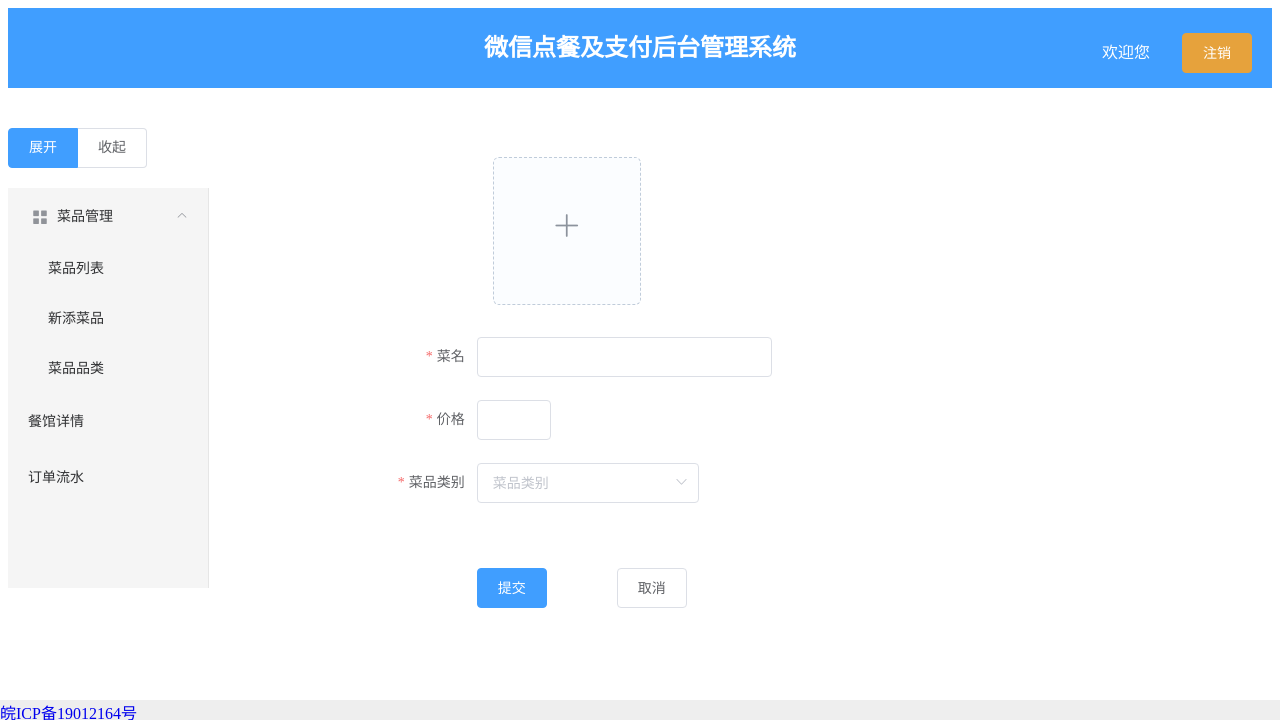
Repository: align-shi/order-web
Page: /pointpayment/hotelTable
The author's editor kept a copy of each file at every save. The page is drawn from the files as they stood at one save, then again after the next save.
The browser window is 1280 px wide. The pictures show the whole page.
The page's requests for data from a server got no answer. The project was rebuilt for these pictures with package versions that can differ from the ones it lists, and the page was loaded fresh each time. No one was signed in, and anything a server would have sent is missing. Also part of the build but not shown: src/pages/login.vue.

Above is the page before, as saved 2020-03-11 10:27:08.

### index.html
<!DOCTYPE html>
<html>
  <head>
    <meta charset="utf-8">
    <meta name="viewport" content="width=device-width,initial-scale=1.0">
    <title>pointpayment_ele</title>
  </head>
  <body>
    <div id="app"></div>
    <!-- built files will be auto injected -->
  </body>
  <div style="position: fixed;left: 0px;bottom: 0px;width: 100%;height:20px;background-color: #eee;">
    <a href="http://www.beian.miit.gov.cn" target="_blank" style="margin:0 auto">皖ICP备19012164号</a>
  </div>
</html>

### src/App.vue
<template>
  <div id="app">
    <transition name="fade" mode="out-in">
			<router-view></router-view>
		</transition>
  </div>
</template>

<script>
export default {
  name: 'App'
}
</script>

<style>
  .header{
    background-color: #409EFF;
    color: white;
    text-align: center;
  }
</style>

### src/pages/main.vue
<template>
    <div>
        <el-container>
            <el-header class="header" height="80px">
                <headers></headers>
            </el-header>
            <el-main>
                <!-- <span v-if="!user" class="loginFont">
                        <el-button type="success"  @click="login">点击登录</el-button>
                </span>   -->
                <div class="centerContent">
                    <transition name="fade" mode="out-in">
						<router-view></router-view>
					</transition>
                </div>

            </el-main>

            <el-aside>
                    <navMenuVue></navMenuVue>
            </el-aside>

        </el-container>

    </div>
</template>

<script>

    import headers from '../components/header.vue';
    import navMenuVue from '../components/NavMenu.vue';

    export default {

        created:function(){

        },
        methods: {
            login () {
                this.$router.replace('/login')
            },
            logout () {
                this.$store.dispatch('logout').then(() => {
                    this.$router.replace('/login')
                })
            },
            dataPath(){
                this.$router.replace('/dataTable')
            },
            getStatus (urlStr) {
                var urlStrArr = urlStr.split('/')
                return urlStrArr[urlStrArr.length - 1]
            }
        },

        computed: {
            user () {
                return this.$store.state.user
            }
        },
        components: {
            headers,
            navMenuVue,
            key() {
                return this.$route.name !== undefined? this.$route.name +new Date(): this.$route +new Date()
            }
         },
         watch:{
            '$route' (to, from) {
                console.log(this.getStatus(this.$route.path))
             }
         }
    }
</script>
<style>

    .userContent{
        position: relative;
        top: -50px;
        float: right;
    }
    .centerContent{
        position: absolute;
        top: 19%;
        left:15%;
        width:80%;
    }
    .loginFont{
        top: 30%;
        position: absolute;
        left:46%;
    }
</style>

### src/components/createMenu.vue
<template>
    <div class="form">
          <el-upload
            class="upload"
            action=""
            list-type="picture-card"
            :on-preview="handlePictureCardPreview"
            :on-remove="handleRemove"
            :limit = 1
            :before-upload="UpladFile"
            >
            <!--  :on-change="saveFile"  :auto-upload="false"  :on-change="saveFile" :auto-upload="false" :before-upload="UpladFile" -->
            <i class="el-icon-plus"></i>
          </el-upload>
          <el-dialog :visible.sync="dialogVisible">
            <img width="100%" :src="dialogImageUrl" alt="">
          </el-dialog>

          <el-form :model="form" label-width="80px" :rules="formRules" ref="form">
            <el-form-item label="菜名" prop="dishes">
              <el-input v-model="form.dishes" auto-complete="off" style="width:40%"></el-input>
            </el-form-item>

            <el-form-item label="价格" prop="price">
              <el-input v-model="form.price" auto-complete="off" style="width:10%"></el-input>
            </el-form-item>

            <el-form-item label="菜品类别" prop="typeId">
              <el-select clearable  v-model="form.typeId" placeholder="菜品类别" autocomplete="off"
                      style="width: 30%">
              <el-option v-for="item in typeList" :key="item.id" :label="item.typeName"
                        :value="item.id"></el-option>
              </el-select>
            </el-form-item>
          </el-form>

        <div class="buttons">
            <el-button type="primary" @click.native="submit" :loading="submitLoading">提交</el-button>
            <el-button @click.native="clean" style="margin-left:5em;">取消</el-button>
        </div>

    </div>
</template>
<script>
    export default {

        data(){
            return{
                file:{},
                dialogVisible:false,
                dialogImageUrl:'',
                fileList:[],        //文件列表
                typeList:[],        //菜品类别表
                form: {             //提交表单
                  dishes:'',
                  price:'',
                  picture:'',
                  typeId:'',
                },
                submitLoading:false,
                uploadingFile:false,
                //表单验证
                formRules: {
                  dishes: [
                    { required: true, message: '请输入菜名', trigger: 'blur' },
                  ],
                  price: [
                    { required: true, message: '请输入价格', trigger: 'blur' },
                  ],
                  typeId:[
                    { required: true, message: '请输入菜品类别', trigger: 'blur' },
                  ],
                },
            }
        },
        created:function(){
            this.getTypeList()
        },
        methods: {
            // saveFile(file){
            //     this.file  = file.raw;
            //     this.fileList = [...this.fileList, this.file];
            // },
            submit(){
                this.$refs.form.validate((valid) => {
					if (valid) {
						this.$confirm('确认提交吗？', '提示', {}).then(() => {
                        this.submitLoading = true;
                        let para = Object.assign({}, this.form);
							// para.publishingDate = (!para.publishingDate || para.publishingDate == '') ? '':util.formatDate.format(new Date(para.publishingDate), 'yyyy-MM-dd');
                            this.submitMenu(para);
						});
					}
				});
            },
            submitMenu:function(para){
                // alert(JSON.stringify(para));
                this.$axios.post('/menu/insert',para).then((res) => {
                    if(res.data!=null){
                        this.$message.success('提交成功');
                    }
                    this.$refs['form'].resetFields();
                    this.editLoading = false;

                }).catch(function(error){
                        console.log(error);
                })
            },
            getTypeList(){
                this.$axios.post('/type/list').then((res) =>{
                this.typeList = res.data;
                })
            },
            handleRemove(file, fileList) {
                console.log(file, fileList);
            },
            handlePictureCardPreview(file) {
                this.dialogImageUrl = file.url;
                this.dialogVisible = true;
            },
            a(){

            },
            UpladFile(file){

                this.fileList = [...this.fileList,file];
                const formData = new FormData();
                var list = this.fileList;
                var that = this;
                list.forEach((file) => {
                    console.log(file);
                    formData.append('files',file);
                });

                formData.append('path','pic');
                this.$axios.post('/file/uploadFile',formData).then((res) => {
                    if(res.data!=null){
                        this.fileList= [];
                        this.form.picture = res.data[0];

                    }
                }).catch(function(error){
                    this.uploadingFile = false;
                })
                this.uploadingFile = false;
            }
        },
        computed: {

        }
    }
</script>
<style>
    .upload{
      margin-left: 6em;
      margin-bottom: 2em;
    }

    .form{
        margin-top:2%;
        margin-left:20%;
    }

    .buttons{
        margin-top:4em;
        margin-left:5em;
    }
</style>

### src/components/orderTable.vue
<template>
    <div>
        <div style="margin-bottom: 1em;">
            <el-col :span="2">
                <el-input v-model="order.tablenumber"  placeholder="请输入桌号名"></el-input>
            </el-col>

            <el-col :span="5" :offset="1">
                <el-input v-model="order.wxaccount"  placeholder="顾客微信名" ></el-input>
            </el-col>
            <el-button @click="search" icon="el-icon-search">搜索</el-button>
        </div>


        <el-table ref="multipleTable" :data="tableData.slice((currentPage-1)*pageSize,currentPage*pageSize)" border style="width: 100%"
            @selection-change="handleSelectionChange" :cell-style="cellStyle" :header-cell-style="rowClass">


            <el-table-column type="expand">
                <template slot-scope="props">
                    <el-form label-position="left" inline class="demo-table-expand">
                        <div>
                            <el-card class="box-card" shadow="hover" v-for="(item,i) in props.row.carts" :key="i"
                                style="float:left;margin-left:1em;margin-bottom:.5em;background-color:#F5F5F5">
                                菜品 : {{item.dishes}}   &#12288;&#12288;单价 : {{item.price}}    &#12288;&#12288;数量 : {{item.quantity}}
                            </el-card>
                        </div>

                    </el-form>
                </template>
            </el-table-column>

            <el-table-column prop="openId" label="用户标识" show-overflow-tooltip width="140"></el-table-column>
            <el-table-column prop="wxaccount" label="顾客微信名" align="center"></el-table-column>
            <el-table-column prop="tablenumber" label="桌号" show-overflow-tooltip width="200"></el-table-column>
            <el-table-column prop="money" label="总额(元)" width="100"></el-table-column>

            <el-table-column label="操作">
            <template slot-scope="scope">
                <el-button type="warning" plain @click="handleChangeStatus(scope.$index, scope.row)" v-show="scope.row.status == 1">
                  请求处理    <i class="el-icon-loading"></i>
                </el-button>
                <div v-show="scope.row.status == 2"> 已处理&#12288;<i class="el-icon-check"></i></div>
                <!-- <i class="el-icon-check" v-show="scope.row.status == 2"></i> -->
            </template>
          </el-table-column>
        </el-table>

        <el-pagination background
            @size-change="handleSizeChange"
            @current-change="handleCurrentChange"
            :current-page="currentPage"
            :page-sizes="[5,10,50, 100]"
            :page-size="pageSize"
            layout="total, sizes, prev, pager, next, jumper"
            :total="total">
        </el-pagination>
    </div>
</template>

<script>
export default {
    data(){
        return {

                total:5,
                currentPage: 1,
　　　　　　　　　pageSize: 5,

                msg:"",//记录每一条的信息，便于取id

                tableData: [],
                multipleSelection: [],
                order:{
                    tablenumber:null,
                    wxaccount:''
                }

        }
    },

    created: function(){
      this.getPackData();
    },

    mounted() {
			this.getPackData();
    },
    methods: {

      getPackData() {

        this.$axios({
            method: 'post',
            url: '/order/getListBy',
            data:{}
        }).then((res) => {
            this.tableData = res.data;
            this.total=this.tableData.length;
            // alert(JSON.stringify(res.data));
        }).catch(function(error){
            console.log(error);
        })

      },
      search(){
        this.$axios({
            method: 'post',
            url: '/order/getListBy',
            data:this.order
        }).then((res) => {
            this.tableData = res.data;
            this.total=this.tableData.length;
            // alert(JSON.stringify(res.data));
        }).catch(function(error){
            console.log(error);
        })
      },
      toggleSelection(rows) {
          if (rows) {
              rows.forEach(function(row)  {
                  this.$refs.multipleTable.toggleRowSelection(row);
              });
          } else {
              this.$refs.multipleTable.clearSelection();
          }
      },
      handleSelectionChange(val) {
          this.multipleSelection = val;
      },
      callbackFunction(result) {
                alert(result + "aaa");
            },
      handleSizeChange(val){
        this.pageSize = val;
        this.currentPage = 1;
        // this.fetchData(1, val);
        // console.log(`每页 ${val} 条`);
      },
      handleCurrentChange(val){
        this.currentPage = val;
        // this.fetchData(val, this.pageSize);
        // console.log(`当前页: ${val}`);
      },
      cellStyle({row,column,rowIndex,columnIndex}){
        return "text-align:center;"
      },
      rowClass({row,rowIndex}){
        return "text-align:center;"
      },

      handleChangeStatus:function(index,row){

        this.$axios({
            method: 'post',
            url: '/order/handleOrder',
            params:{id:row.id}
        }).then((res) =>{
          if(res.data == true){
            this.$message.success('处理成功');
          }
          row.status = 2;
        }).catch(function(error){
          console.log(error)
          that.$message.error('处理失败')
        })

      }

    }

}
</script>
<style>
    .el-table th {
        text-align: center;
    }

    /* .el-table tbody tr td:first-child {
        text-align: center;
    } */
    .upload{
      margin-left: 6em;
      margin-bottom: 2em;
    }
</style>

### src/components/hotelTable.vue
<template>
    <div class="form">
        <el-upload
            class="upload"
            action=""
            list-type="picture-card"
            :on-preview="handlePictureCardPreview"
            :on-remove="handleRemove"
            :limit = 1
            :before-upload="UpladFile"
            >
            <!--  :on-change="saveFile"  :auto-upload="false"  :on-change="saveFile" :auto-upload="false" :before-upload="UpladFile" -->
            <i class="el-icon-plus"></i>
          </el-upload>
          <el-dialog :visible.sync="dialogVisible">
            <img width="100%" :src="dialogImageUrl" alt="">
          </el-dialog>

          <el-form :model="form" label-width="80px" :rules="formRules" ref="form">
            <el-form-item label="菜名" prop="dishes">
              <el-input v-model="form.dishes" auto-complete="off" style="width:40%"></el-input>
            </el-form-item>

            <el-form-item label="价格" prop="price">
              <el-input v-model="form.price" auto-complete="off" style="width:10%"></el-input>
            </el-form-item>

            <el-form-item label="菜品类别" prop="typeId">
              <el-select clearable  v-model="form.typeId" placeholder="菜品类别" autocomplete="off"
                      style="width: 30%">
              <el-option v-for="item in typeList" :key="item.id" :label="item.typeName"
                        :value="item.id"></el-option>
              </el-select>
            </el-form-item>
          </el-form>

        <div class="buttons">
            <el-button type="primary" @click.native="submit" :loading="submitLoading">提交</el-button>
            <el-button @click.native="clean" style="margin-left:5em;">取消</el-button>
        </div>
    </div>
</template>
<script>
    export default {

        data(){
            return{
                file:{},
                dialogVisible:false,
                dialogImageUrl:'',
                fileList:[],        //文件列表
                typeList:[],        //菜品类别表
                form: {             //提交表单
                  dishes:'',
                  price:'',
                  picture:'',
                  typeId:'',
                },
                submitLoading:false,
                uploadingFile:false,
                //表单验证
                formRules: {
                  dishes: [
                    { required: true, message: '请输入菜名', trigger: 'blur' },
                  ],
                  price: [
                    { required: true, message: '请输入价格', trigger: 'blur' },
                  ],
                  typeId:[
                    { required: true, message: '请输入菜品类别', trigger: 'blur' },
                  ],
                },
            }
        },
        created:function(){
            this.getTypeList()
        },
        methods: {
            // saveFile(file){
            //     this.file  = file.raw;
            //     this.fileList = [...this.fileList, this.file];
            // },
            submit(){
                this.$refs.form.validate((valid) => {
					if (valid) {
						this.$confirm('确认提交吗？', '提示', {}).then(() => {
                        this.submitLoading = true;
                        let para = Object.assign({}, this.form);
							// para.publishingDate = (!para.publishingDate || para.publishingDate == '') ? '':util.formatDate.format(new Date(para.publishingDate), 'yyyy-MM-dd');
                            this.submitMenu(para);
						});
					}
				});
            },
            submitMenu:function(para){
                // alert(JSON.stringify(para));
                this.$axios.post('/menu/insert',para).then((res) => {
                    if(res.data!=null){
                        this.$message.success('提交成功');
                    }
                    this.$refs['form'].resetFields();
                    this.editLoading = false;

                }).catch(function(error){
                        console.log(error);
                })
            },
            getTypeList(){
                this.$axios.post('/type/list').then((res) =>{
                this.typeList = res.data;
                })
            },
            handleRemove(file, fileList) {
                console.log(file, fileList);
            },
            handlePictureCardPreview(file) {
                this.dialogImageUrl = file.url;
                this.dialogVisible = true;
            },
            a(){

            },
            UpladFile(file){

                this.fileList = [...this.fileList,file];
                const formData = new FormData();
                var list = this.fileList;
                var that = this;
                list.forEach((file) => {
                    console.log(file);
                    formData.append('files',file);
                });

                formData.append('path','pic');
                this.$axios.post('/file/uploadFile',formData).then((res) => {
                    if(res.data!=null){
                        this.fileList= [];
                        this.form.picture = res.data[0];

                    }
                }).catch(function(error){
                    this.uploadingFile = false;
                })
                this.uploadingFile = false;
            }
        },
        computed: {

        }
    }
</script>
<style>
    .upload{
      margin-left: 6em;
      margin-bottom: 2em;
    }

    .form{
        margin-top:2%;
        margin-left:20%;
    }

    .buttons{
        margin-top:4em;
        margin-left:5em;
    }
</style>

### src/components/header.vue
<template>
    <div id="header">
        <h2>微信点餐及支付后台管理系统</h2>
        <div class="userContent">
            <span>
                <label>欢迎您</label>&nbsp;&nbsp;&nbsp;{{this.username}}&nbsp;&nbsp;&nbsp;&nbsp;
                <el-button type="warning"  @click="login" style="">注销</el-button>
            </span>
        </div>
    </div>
</template>

<script>
    export default {

        data(){
            return{
                username:''
            }
        },
        created:function(){
            this.username=this.getUserName();
        },
        methods: {
            login () {
                this.$router.replace('/login')
            },
            logout () {
                this.$store.dispatch('logout').then(() => {
                    this.$router.replace('/login')
                })
            },
            dataPath(){
                this.$router.replace('/dataTable')
            },
            getUserName(){
                if (document.cookie.length > 0) {
                    var arr = document.cookie.split('; '); //这里显示的格式需要切割一下自己可输出看下
                    for (var i = 0; i < arr.length; i++) {
                        var arr2 = arr[i].split('='); //再次切割
                        if (arr2[0] == 'userName') {
                            return arr2[1];
                        }
                    }
                }
            }
        },
        computed: {
            user () {
                return this.$store.state.user
            }
        }
    }
</script>
<style>
    .userContent{
        position: relative;
        top: -40px;
        float: right;
    }
</style>

### src/components/NavMenu.vue
<template>
    <div id="navMenu">
        <el-radio-group v-model="isCollapse" style="margin-bottom: 20px;">
            <el-radio-button :label="false">展开</el-radio-button>
            <el-radio-button :label="true">收起</el-radio-button>
        </el-radio-group>

         <el-menu default-active="1" class="el-menu-vertical-demo"
            @open="handleOpen" @close="handleClose" :collapse="isCollapse" @select="handleSelect" :router="true"
            background-color="#F5F5F5">

            <el-submenu v-for="(item,i) in navList" :key="'1'+i" v-show="item.second" :index="item.name">
                <template slot="title">
                    <i class="el-icon-menu"></i>
                    <span>{{ item.navItem}}</span>
                </template>
                <el-menu-item v-for="(sec,j) in item.second" :key="j" :index="sec.name">{{sec.navItem}}</el-menu-item>
            </el-submenu>

            <el-menu-item v-for="(item,i) in navList" :key="i" v-show="!item.second" :index="item.name">
            {{ item.navItem }}
            </el-menu-item>


        </el-menu>
    </div>
</template>

<script>
    export default {
        data() {
            return {
                isCollapse: false,
                navList:[
                    {name:'/hotelTable',navItem:'餐馆详情'},
                    {name:'/orderTable',navItem:'订单流水'},
                    {name:'1',navItem:'菜品管理',
                        second:[{name:'/menuTable',navItem:'菜品列表'},
                                {name:'/createMenu',navItem:'新添菜品'},
                                {name:'/typeTable',navItem:'菜品品类'}]},
                ]
            };
        },
        created:function(){

        },
        methods: {
            handleOpen(key, keyPath) {
                // console.log(key, keyPath);
            },
            handleClose(key, keyPath) {
                // console.log(key, keyPath);
            },
            handleSelect(key, keyPath) {
                // console.log(key, keyPath);
                this.$router.push(key);
            }
        }
  }
</script>
<style>
    .el-menu-vertical-demo:not(.el-menu--collapse) {
        width: 200px;
        min-height: 400px;
    }
</style>

Loaded but not shown: src/router/index.js (45 lines, source omitted); src/main.js (27 lines, source omitted); src/components/menuTable.vue (352 lines, source omitted); src/components/typeTable.vue (306 lines, source omitted)

After the next save:
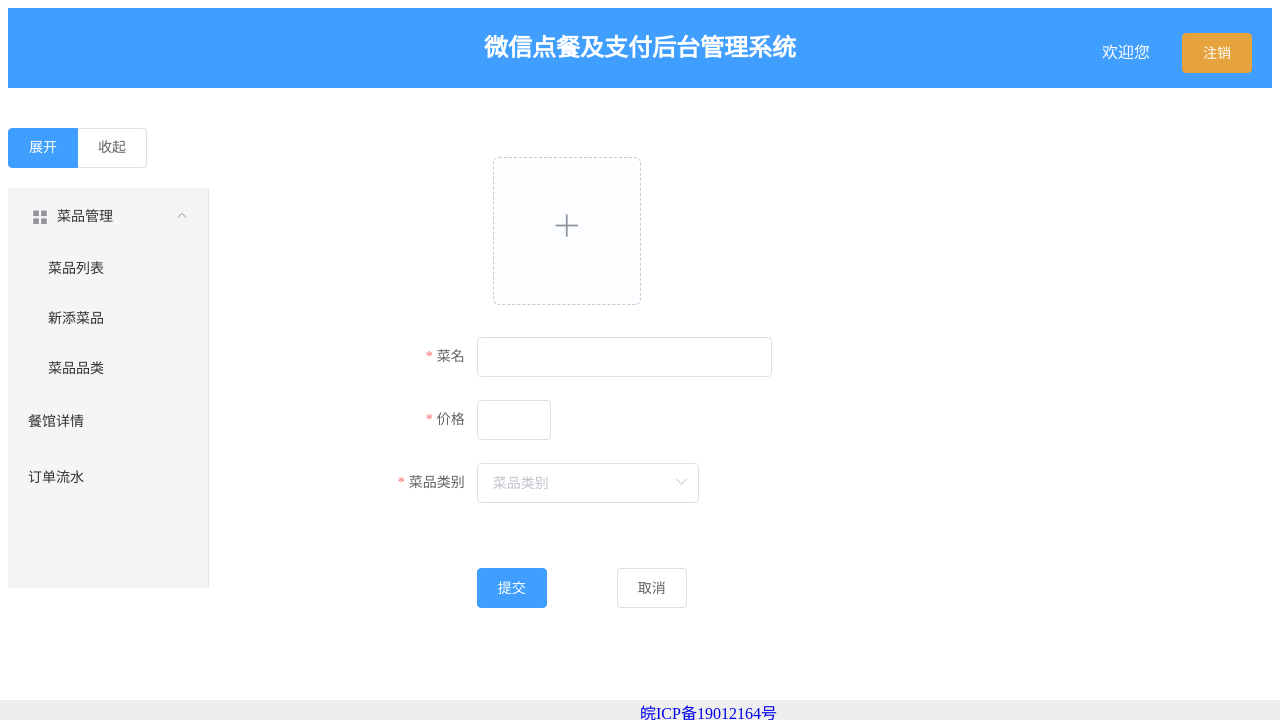
Saved 46 s later.
--- a/index.html
+++ b/index.html
@@ -10,6 +10,6 @@
     <!-- built files will be auto injected -->
   </body>
   <div style="position: fixed;left: 0px;bottom: 0px;width: 100%;height:20px;background-color: #eee;">
-    <a href="http://www.beian.miit.gov.cn" target="_blank" style="margin:0 auto">皖ICP备19012164号</a>
+    <a href="http://www.beian.miit.gov.cn" target="_blank" style="margin-left: 50%">皖ICP备19012164号</a>
   </div>
 </html>
